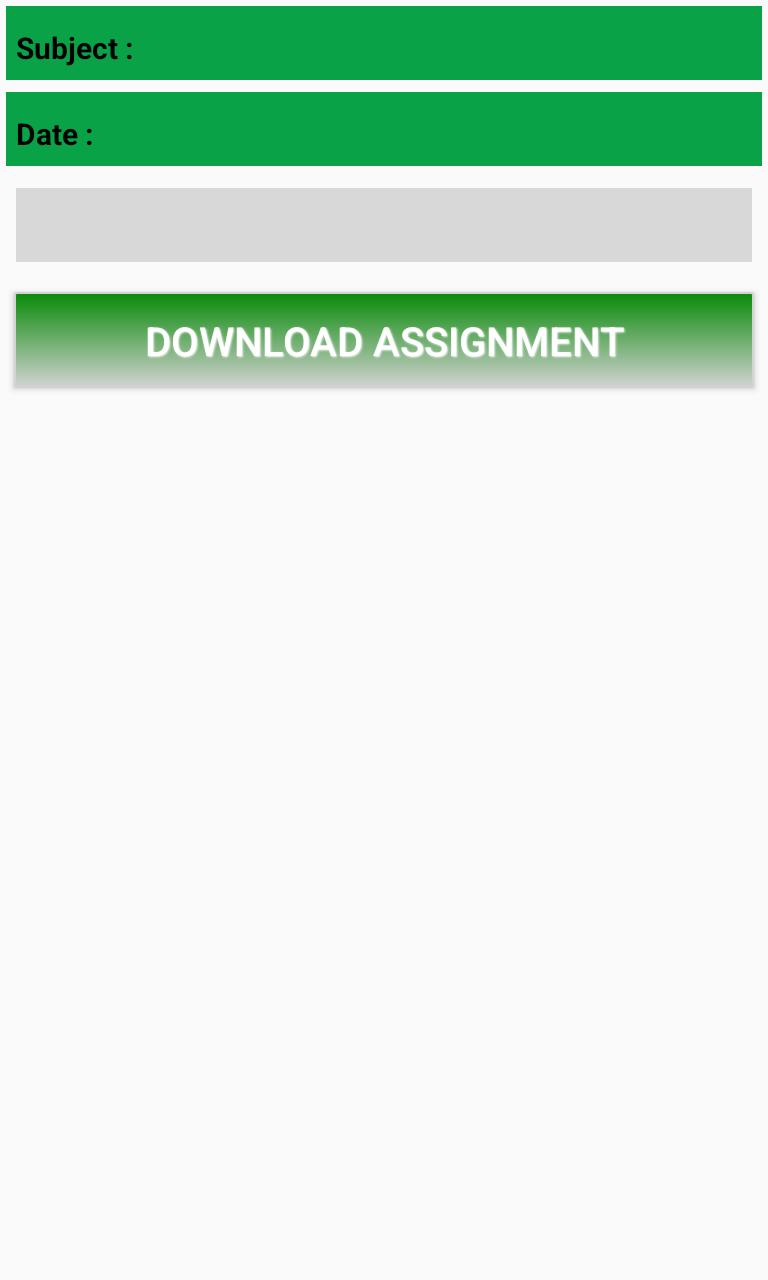
Repository: iguardian2015/iguardian-litchi
Layout: iguardian/res/layout/activity_assignment_view.xml
These files come from the project's save history. The layout is drawn as it stood at one moment and after the next save; the edit follows.
It is drawn on a 768 x 1280 px phone screen (xhdpi) without system bars, with theme AppTheme; the app's code is not run.

Above is the layout before, as saved 2015-01-14 16:34:01.

### iguardian/res/layout/activity_assignment_view.xml
<?xml version="1.0" encoding="utf-8"?>
<ScrollView xmlns:android="http://schemas.android.com/apk/res/android"
    android:layout_width="fill_parent"
    android:layout_height="fill_parent" >

    <LinearLayout
        android:layout_width="fill_parent"
        android:layout_height="fill_parent"
        android:orientation="vertical" >

        <LinearLayout
            android:layout_width="match_parent"
            android:layout_height="wrap_content"
            android:layout_margin="3dp"
            android:background="#0AA247"
            android:orientation="horizontal" >

            <TextView
                android:id="@+id/subject"
                android:layout_width="wrap_content"
                android:layout_height="wrap_content"
                android:padding="5dp"
                android:text="Subject :"
                android:textAppearance="?android:attr/textAppearanceLarge"
                android:textColor="#000000"
                android:textSize="15dp"
                android:textStyle="bold" />

            <TextView
                android:id="@+id/assignment_subject"
                android:layout_width="wrap_content"
                android:layout_height="wrap_content"
                android:padding="5dp"
                android:textAppearance="?android:attr/textAppearanceLarge"
                android:textColor="#000000"
                android:textSize="20dp"
                android:textStyle="normal" />
        </LinearLayout>

        <LinearLayout
            android:layout_width="match_parent"
            android:layout_height="wrap_content"
            android:layout_margin="3dp"
            android:background="#0AA247"
            android:orientation="horizontal" >

            <TextView
                android:id="@+id/date"
                android:layout_width="wrap_content"
                android:layout_height="wrap_content"
                android:padding="5dp"
                android:text="Date :"
                android:textAppearance="?android:attr/textAppearanceLarge"
                android:textColor="#000000"
                android:textSize="15dp"
                android:textStyle="bold" />

            <TextView
                android:id="@+id/assignment_date"
                android:layout_width="wrap_content"
                android:layout_height="wrap_content"
                android:padding="5dp"
                android:textAppearance="?android:attr/textAppearanceLarge"
                android:textColor="#000000"
                android:textSize="20dp"
                android:textStyle="normal" />
        </LinearLayout>

        <ScrollView
            android:layout_width="match_parent"
            android:layout_height="wrap_content"
            android:layout_weight="1" >

            <TextView
                android:id="@+id/assignment"
                android:layout_width="match_parent"
                android:layout_height="wrap_content"
                android:layout_margin="8dp"
                android:padding="5dp"
                android:background="#D8D8D8"
                android:paddingTop="10dp"
                android:textAppearance="?android:attr/textAppearanceLarge"
                android:textColor="#525250"
                android:textSize="20dp"
                android:textStyle="normal" />
        </ScrollView>

        <LinearLayout
            android:layout_width="match_parent"
            android:layout_height="wrap_content"
            android:layout_margin="3dp"
            android:orientation="horizontal" >

            <!--
                 <Button
                android:id="@+id/download"
                android:layout_width="match_parent"
                android:layout_height="wrap_content"
                android:layout_margin="8dp"
                android:text="Download Assignment" />
            -->

            <Button
                android:id="@+id/download"
                style="@style/DefaultButtonText"
                android:layout_width="match_parent"
                android:layout_height="wrap_content"
                android:layout_margin="4dp"
                android:background="@drawable/button_default_bg"
                android:padding="10dp"
                android:text="Download Assignment" />
        </LinearLayout>
    </LinearLayout>

</ScrollView>

### iguardian/res/values/styles.xml
<resources>

    <!--
        Base application theme, dependent on API level. This theme is replaced
        by AppBaseTheme from res/values-vXX/styles.xml on newer devices.
    -->
    <style name="AppBaseTheme" parent="Theme.AppCompat.Light">
        <!--
            Theme customizations available in newer API levels can go in
            res/values-vXX/styles.xml, while customizations related to
            backward-compatibility can go here.
        -->
    </style>

    <!-- Application theme. -->
    <style name="AppTheme" parent="AppBaseTheme">
        <!-- All customizations that are NOT specific to a particular API-level can go here. -->
    </style>

    <style name="DefaultButtonText">
       <item name="android:layout_width">fill_parent</item>
        <item name="android:layout_height">wrap_content</item>
        <item name="android:textColor">#FFFFFF</item>
        <item name="android:gravity">center</item>
        <item name="android:layout_margin">3dp</item>
        <item name="android:textStyle">normal</item>
        <item name="android:textSize">20sp</item>
        <item name="android:shadowColor">#f9f9f9</item>
        <item name="android:shadowDx">1</item>
        <item name="android:shadowDy">1</item>
        <item name="android:shadowRadius">1</item>
    </style>

    <style name="btnStyleBeige" parent="@android:style/Widget.Button">
       <item name="android:textSize">15sp</item>
       <item name="android:textStyle">bold</item>
       <item name="android:textColor">#5d6153</item>
       <item name="android:gravity">center</item>
       <item name="android:shadowColor">#000000</item>
       <item name="android:shadowDx">1</item>
       <item name="android:shadowDy">1</item>
       <item name="android:shadowRadius">0.6</item>
       <item name="android:background">@drawable/custom_button</item>
       <item name="android:padding">10dip</item>
   </style>

</resources>

### iguardian/res/drawable-hdpi/button_default_bg.xml
<?xml version="1.0" encoding="utf-8"?>
<selector xmlns:android="http://schemas.android.com/apk/res/android">
    <item  android:state_pressed="true" >
        <shape>
            <solid
                android:color="#f8f9fa" />
            <stroke
                android:width="1dp"
                android:color="#8CDA2C" />
            <corners
                android:radius="1dp" />

        </shape>
    </item>
    <item>
        <shape>
            <gradient
                android:startColor="#088A08"
                android:endColor="#d2d2d2"
                android:angle="270" />
            <stroke
                android:width="1dp"
                android:color="#d2d2d2" />
            <corners
                android:radius="1dp" />

        </shape>
    </item>
</selector>

Loaded but not shown: iguardian/res/values-v11/styles.xml (common file); iguardian/res/values-v14/styles.xml (common file)

After the next save:
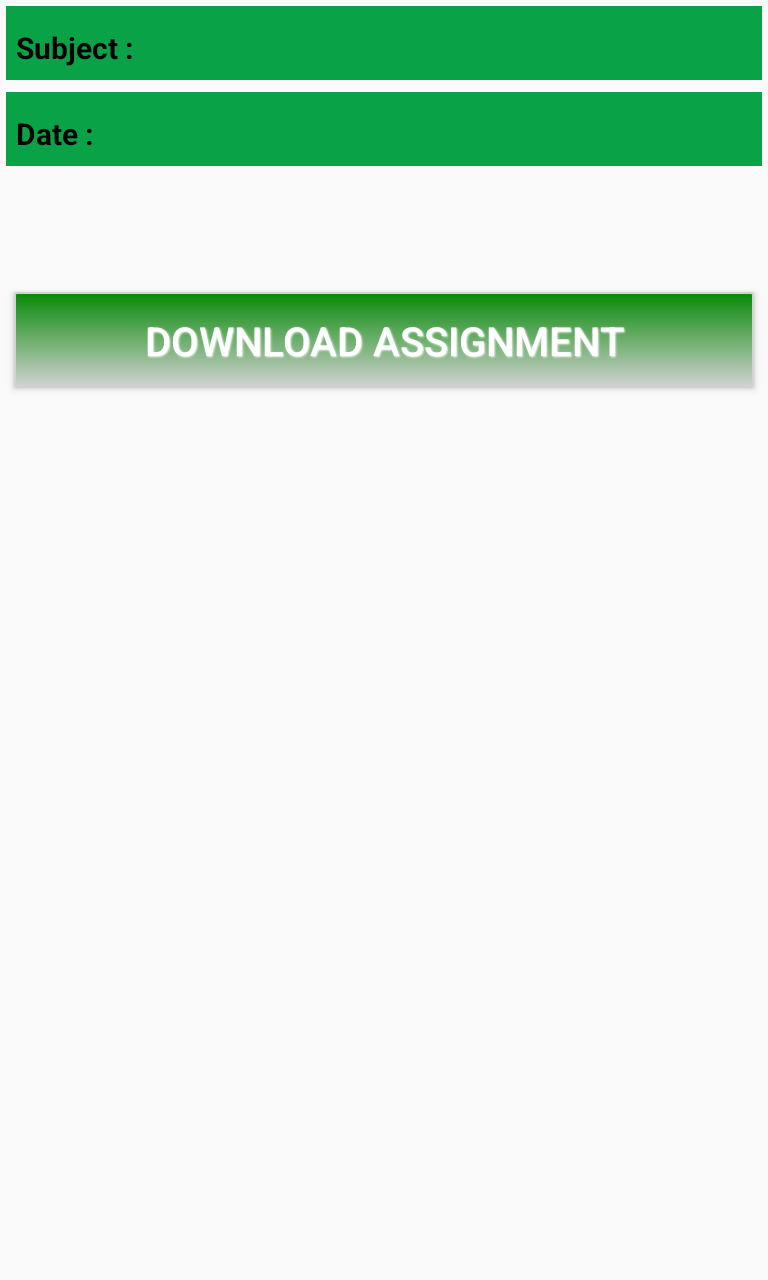
Saved 107 s later.
--- a/iguardian/res/layout/activity_assignment_view.xml
+++ b/iguardian/res/layout/activity_assignment_view.xml
@@ -67,7 +67,7 @@
         </LinearLayout>
 
         <ScrollView
-            android:layout_width="match_parent"
+            android:layout_width="wrap_content"
             android:layout_height="wrap_content"
             android:layout_weight="1" >
 
@@ -77,7 +77,6 @@
                 android:layout_height="wrap_content"
                 android:layout_margin="8dp"
                 android:padding="5dp"
-                android:background="#D8D8D8"
                 android:paddingTop="10dp"
                 android:textAppearance="?android:attr/textAppearanceLarge"
                 android:textColor="#525250"
